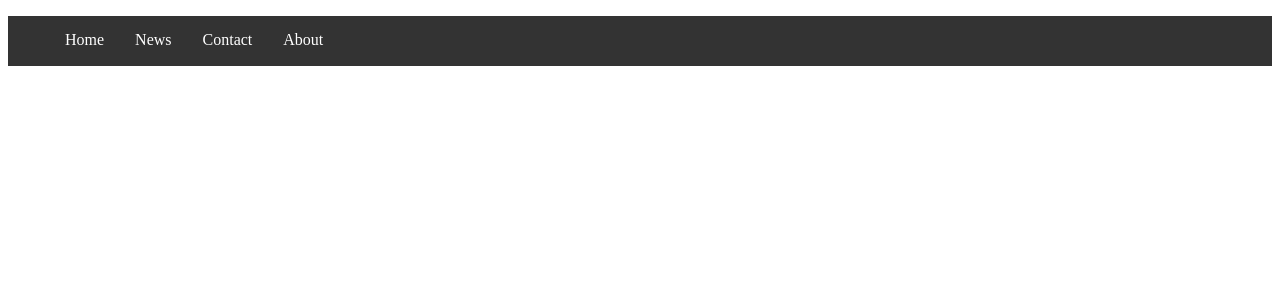
Repository: LongNguyen2504/T3H-FrondEnd
Page: Lesson3_CSS_HomeWork3.html
An editor plug-in stored every save of this project. The page is shown before and after the next save, followed by the edit.
The browser window is 1280 px wide. The pictures show the whole page.

Above is the page before, as saved 2021-12-01 22:09:19.

### Lesson3_CSS_HomeWork3.html
<!DOCTYPE html>
<html lang="en">
<head>
    <meta charset="UTF-8">
    <meta http-equiv="X-UA-Compatible" content="IE=edge">
    <meta name="viewport" content="width=device-width, initial-scale=1.0">
    <title>Document</title>
    <link rel="stylesheet" href="Lesson3_CSS_HomeWork3.css">
</head>
<body>
    <div class="ancestor-div">
        <div class="menu-div">
            <div class="menu-content">
                <ul class="ul-menu">
                    <li class="li-menu"><a class="a-menu" href="#1">Home</a></li>
                    <li class="li-menu"><a class="a-menu" href="#1">News</a></li>
                    <li class="li-menu"><a class="a-menu" href="#1">Contact</a></li>
                    <li class="li-menu"><a class="a-menu" href="#1">About</a></li>
                </ul>
            </div>
        </div>
    </div>
</body>
</html>

### Lesson3_CSS_HomeWork3.css
div.menu-div{
    height: 50px;
    background-color: #333333 ;
}
div.menu-content{
    position: relative;
    left: 1px;
}
ul.ul-menu{
    list-style-type: none;

}
.li-menu {
 float: left;
 margin-left: 1px;
}
a.a-menu{
    display: inline-block;
    padding: 15px;
    color: white;
    text-decoration: none;
}
.a-menu:hover{
    background-color: #4caf50;
}

After the next save:
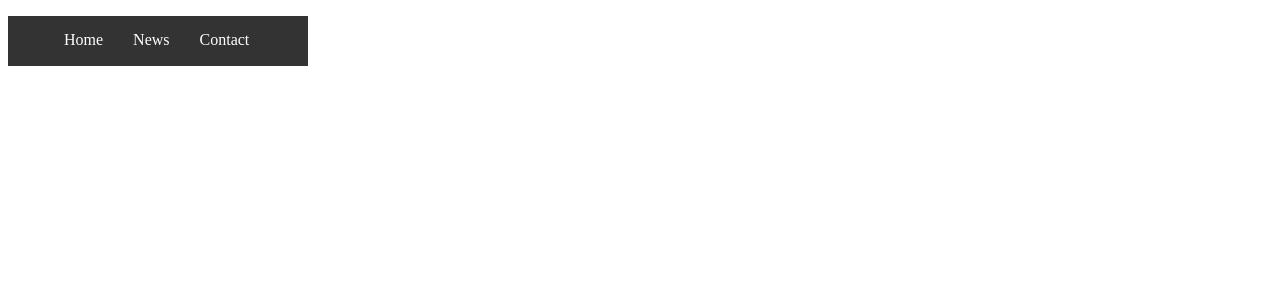
Saved 30 s later.
--- a/Lesson3_CSS_HomeWork3.css
+++ b/Lesson3_CSS_HomeWork3.css
@@ -1,3 +1,7 @@
+div.ancestor-div{
+    width: 300px;
+    height: 400px;
+}
 div.menu-div{
     height: 50px;
     background-color: #333333 ;
@@ -12,7 +16,6 @@ ul.ul-menu{
 }
 .li-menu {
  float: left;
- margin-left: 1px;
 }
 a.a-menu{
     display: inline-block;
